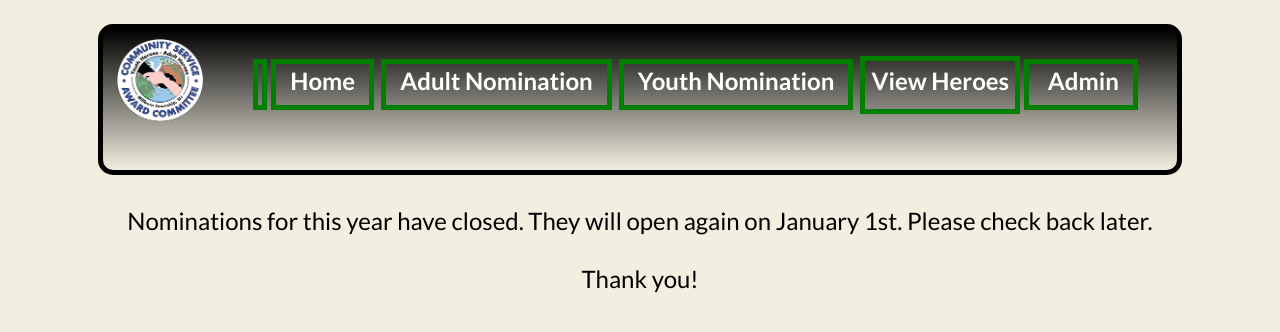
Repository: Centrattic/Young-Heroes-Website
Page: http://localhost/Frontend/nomination.php
The author's editor kept a copy of each file at every save. The page is drawn from the files as they stood at one save, then again after the next save.
The browser window is 1280 px wide. The pictures show the whole page.
The page is run by PHP 8.4 with error messages shown; the project is at /var/www/html/. Queries for data that is not in the repository find no rows.

Above is the page before, as saved 2020-12-10 14:10:54.

### Eagle Project/Frontend/nomination.php
<?php
require '../Backend/functions.php';
require_once '../Backend/dbhconnect.php';
?>

<main>
    <!DOCTYPE html>
    <html lang = "en">
    <head>
        <link rel="stylesheet" href="https://cdn.jsdelivr.net/npm/bootstrap@4.5.3/dist/css/bootstrap.min.css" integrity="sha384-TX8t27EcRE3e/ihU7zmQxVncDAy5uIKz4rEkgIXeMed4M0jlfIDPvg6uqKI2xXr2" crossorigin="anonymous">
        <link href="../CSS/nomination.css" rel="stylesheet" type="text/css" />
        <link href="https://fonts.googleapis.com/css2?family=Lato:ital,wght@0,400;0,700;1,300;1,400&display=swap" rel="stylesheet">
        <link rel = "stylesheet" href = "../CSS/navbar.css">

            <!--<style>
                .collapsible {
                    background-color: #eee;
                    color: #444;
                    cursor: pointer;
                    padding: 18px;
                    width: 100%;
                    border: none;
                    text-align: left;
                    outline: none;
                    font-size: 15px;
                    text-align: center;
                    margin-bottom: 1%;
                    width: 90%;
                }

                .active, .collapsible:hover {
                    background-color: #ccc;
                }


                .info-content {
                    padding: 0 18px;
                    display: none;
                    overflow: hidden;
                    background-color: #ffffff;
                    width: 90%;
                    margin: 1% auto;
                }

            </style>-->

    </head>



    <body>


    <?php
        navbar();

        $connection = connectToDB();
        list ($formStatus, $comments, $time) = readFormStatus($connection);
        mysqli_close($connection);

        if ($formStatus != "open") {
            echo('<h1 style = "font-size: 1.5em;"> Nominations for this year have closed. They will open again on January 1st. Please check back later. <br><br> Thank you! ');
            exit();
        }
    ?>

    <!-- Parental Contact after Additional Member Information

    Email optional for child
    Age optional for child

    -->



    <div id = "nomination-body">

    <h1> Youth Nomination </h1>
    <br>


    <!---<h1 style = "display: none;"> Nominations for this year have closed. They will open again on January 1st. Please check back later. Thank you! </h1>-->
    <h2 class = "age-definition"> Youth: up to 18 years old</h2>
    <h3 style = "font-size: 1.25em; width: 60%; margin: 5px auto; font-weight: 800;"> All information is confidential for use by the Community Service Award Committee. </h3> <!-- until notification by the Community Service Award Committee of your finalist status.  and will only be shared with the Community Service Award Committee members.
    <br> <br> We will only share a youth's information with the public if he, she, or they is selected as a award recipient.
        Before we share any information, we will receive Media Release approval from the parents of the youth.  -->

    <form action = "../Backend/nominateScript.php" method="post" name="nominate" enctype="multipart/form-data" >

        <fieldset>
            <legend> Nominee Information</legend>
            <i>Please provide the following information about the individual you are nominating. If you are nominating a group, enter a group name and provide information here
            about the group organizer/leader</i>

            <!--<br> <br>
            <i> If your nominee is selected as a winner, and parental permission is given, this information will be viewed by the public. </i>-->
            <br> <br>
<!-- How many youth are you providing information about?-->

                <div class = "col-12">
                    <label for = "groupName">Group Name, if applicable </label>
                    <input class = "form-control" type="text" maxlength="80" id = "groupName" name="groupName" value="" title="Nominee's Full Name">
                </div>

                <div class = "form-row">
                    <div class = "col-6">
                        <label for = "nameNominee1">Nominee's Name * </label>
                        <input class = "form-control" required type="text" id = "nameNominee1" name="nameNominee1" value="" title="Nominee's Full Name">
                    </div>

                    <div class = "col-5">
                        <label for="emailNominee1">Nominee's Email *</label>
                        <input required class = "form-control" type="text" name="emailNominee1" value="" title="Nominee's Email">
                    </div>
                </div>

                <div class = "form-row">
                    <div class = "col-3">
                        <label for="ageNominee1">Nominee's Age *</label>
                        <input required class = "form-control" type="number" name="ageNominee1" min = "1" max = "18" value="" title="Nominee's Age"> <!-- add drop down for this-->
                    </div> <!-- JUST ADDED TODAY, DO PUT INTO DATABASE PROPERLY-->

                    <div class = "col-3">
                        <label for="gradeNominee1">Nominee's Grade *</label>
                        <input required class = "form-control" type="number" name="gradeNominee1" min = "1" max = "12" value="" title="Nominee's Grade"> <!-- add drop down for this-->
                        <!-- CHANGED UP GRADE WHEN PUT INTO DB, DO PUT INTO DATABASE PROPERLY-->
                    </div>

                    <div class = "col-5">
                        <label for="schoolNominee">Nominee's School Name *</label>
                        <input required class = "form-control" id="schoolNominee" type="text" name="schoolNominee1" value="" title="Nominee's School Name">
                        <!--<select required id="schoolNominee" name="schoolNominee1">
                            <option value="" hidden disabled selected></option>
                            <option value="Glenwood Elementary School">Glenwood Elementary School</option>
                            <option value="Deerfield Elementary School">Deerfield Elementary School</option>
                            <option value="Hartshorn Elementary School">Hartshorn Elementary School</option>
                            <option value="South Mountain Elementary School">South Mountain Elementary School</option>
                            <option value="Wyoming Elementary School">Wyoming Elementary School</option>
                            <option value="Washington School">Washington School</option>
                            <option value="Millburn Middle School">Millburn Middle School</option>
                            <option value="Millburn High School">Millburn High School</option>
                            <option value="The Pingry School">The Pingry School </option>
                            <option value="Far Brook School">Far Brook School </option>
                            <option value="St. Rose of Lima Academy">St. Rose of Lima Academy </option>
                            <option value="Kent Place School">Kent Place School </option>
                            <option value="Newark Academy">Newark Academy </option>
                            <option value="Other"> Other</option>
                        </select>-->
                    </div>
                </div>



        </fieldset>


        <fieldset>
            <legend> Additional Member Information </legend> <!-- No COLLAPSIBLE HERE-->
            <i> If you are nominating a group, please provide information about up to 3 additional members of the group.</i>
            <br> <br>
            <!--<button type="button" class="collapsible">Group Member 2</button>
            <div id = "CollapseInfo2" class = "info-content">
            </div>-->

                <?php
                    additionalMembersHTML(2); /// just name and email for additional group members (nominees, no parent stuff), all in one line
                ?>

        <!--<button type="button" class="collapsible">Group Member 3</button>-->
            <!--<div id = "CollapseInfo3" class = "info-content">
            </div>-->
                <?php
                    additionalMembersHTML(3);
                ?>



        <!--<button type="button" class="collapsible">Group Member 4</button>
        <div id = "CollapseInfo4" class = "info-content">
        </div>-->

                <?php
                    additionalMembersHTML(4);
                ?>

        </fieldset>

        <fieldset>
            <legend> Nominator Information </legend>
            <i> This information will only be viewed by the Community Service Award Committee and will not be made public. </i> <br> <br>
                    <div class = "col-12">
                        <label for = "nameNominator">Nominator's Full Name *</label>
                        <input class = "form-control" required type="text" id = "nameNominator" name="nameNominator" value="" title="Parent's Full Name">
                    </div>

                    <div class = "form-row">
                        <div class = "col-5">
                            <label for="emailNominator">Nominator's Email *</label>
                            <input class = "form-control" required type="text"name="emailNominator" value="" title="Parent's Email">
                        </div>

                        <div class = "col-6">
                            <label for="phoneNominator">Nominator's Phone Number *</label>
                            <input class = "form-control" required type="tel"name="phoneNominator" value="" title="Parent's Phone">
                        </div>
                    </div>

                    <!-- Make form appear shorter, take more screen space --- MAKE IT LESS SCROLLING REQUIRED-->
        </fieldset>

        <fieldset>
            <legend> Parent Information </legend>
            <i> This information will only be viewed by the Community Service Award Committee and will not be made public. </i>
            <br> <br>

                    <div class = "col-12">
                        <label for = "nameParent1">Parent's Full Name *</label>
                        <input class = "form-control" required type="text" id = "nameParent1" name="nameParent1" value="" title="Parent's Full Name">
                    </div>

                <div class = "form-row">

                    <div class = "col-5">
                    <label for="emailParent1">Parent's Email *</label>
                        <input class = "form-control" required type="text"name="emailParent1" value="" title="Parent's Email">
                    </div>

                    <div class = "col-6">
                    <label for="phoneParent1">Parent's Phone Number *</label>
                        <input class = "form-control" required type="tel"name="phoneParent1" value="" title="Parent's Phone">
                    </div>
                <div>
        </fieldset>




        <fieldset>
            <legend> Nominee Contributions</legend>
            <i> If your nominee is selected as a winner, this information may be used to promote to the public. </i>
            <br> <br>
            <div>
                <label for="workNominee"> Please summarize the action(s) and notable contributions of the individual or group and why you believe they are noteworthy for this award. You may attach additional information below.*</label>
                <div class="inputWrapper">
                    <textarea class = "form-control" required maxlength="1500" name="workNominee" title="What work is the young hero/group doing?"></textarea>
                    <span>Limit: 1500 characters</span>
                </div>
            </div>

            <!--
            <div>
                <label for="bioNominee">Write a short bio about the young hero/group. Please summarize why they care about the issue and what personal interests, passions, or skills they have that are relevant to their service. *</label>
                <div class="inputWrapper">
                    <textarea class = "form-control" required maxlength="250" name="bioNominee" title="Person: Write a short bio about the young hero/group. Please summarize why they care about the issue, and what personal interests, passions, or skills they have that are relevant to their service." ></textarea>
                    <span>Limit: 250 characters</span>
                </div>
            </div>
            -->


        </fieldset>

        <fieldset>
            <legend>Additional Supporting Information</legend>
            <i> <b> This section is optional. </b> <br> If necessary, please share additional information to support the nomination (including social media links, pictures, a resumé, and/or a .pdf/.docx file).</i>

            <br> <br>

            <h4> Social Media </h4>

            <div class = "form-row">

                <div class = "col-5">
                    <label for="facebookNominee">Nominee's Facebook</label>
                    <input class = "form-control" maxlength = "100" type="text" name="facebookNominee" value="" title="Nominee's Facebook">
                    <span class="hint">Must be in full URL format. For example, http://www.facebook.com/younghero</span>
                </div>

                <div class = "col-6">
                    <label for="instagramNominee">Nominee's Instagram</label>
                    <input class = "form-control" maxlength = "100" type="text" name="instagramNominee" value="" title="Nominee's Instagram">
                    <span class="hint">Must be in full URL format. For example, https://www.instagram.com/youthservice/</span>
                </div>
            </div>
            <br>

            <h4> Pictures </h4>
            <i> We encourage you to share exemplary photos of the work. Please upload them below along and include a short caption. We accept jpg, png, and jpeg formats. </i>
            <br>

            <div class = "form-row col-12">
                <label>Headshot of Nominee/Group </label>
                <input type = "file" name = "headshotNominee" class = "form-control-file col-12" id = "customFile">

            </div>

            <div class = "form-row">

                <div class = "col-6">
                    <label for = "pic2Nominee">Working Picture </label> <br>
                    <input class = "form-control-file" type = "file"  name = "pic2Nominee">

                    <input class = "form-control" type = "text" maxlength="80" name = "Captionpic2Nominee" placeholder = "Caption">
                    <span>Limit: 80 characters</span>
                </div>

                <div class = "col-5">
                     <label for = "pic3Nominee">Working Picture </label> <br>
                    <input class = "form-control-file" type = "file" name = "pic3Nominee">
                    <input class = "form-control" type = "text" maxlength="80" name = "Captionpic3Nominee" placeholder = "Caption">
                    <span>Limit: 80 characters</span>
                </div>
            </div>

            <br>

            <h4> Miscellaneous</h4>

            <i>Please upload any additional miscellaneous information. We accept pdf and docx formats less than 5MB.</i>
            <br>

            <div class = "form-row col-12">
                <label for = "resumeNominee">Upload Miscellaneous Information </label>
                <input type = "file" name = "resumeNominee" class = "form-control-file col-12">
            </div>



        </fieldset>


        <!--
        <fieldset id = "pictures">
            <legend> Nominee Pictures </legend> <!-- Additional Supporting Information, social media links all in one document (just basic oneS) :::
            <i> <b> This sectional is optional. </b> <br> However, we encourage you to share photos of a nominee and their work. If you are willing, please upload them here along with a caption (also optional). We accept jpg, png, and jpeg formats. </i>
            <br><br>

            <div>
                <label for = "headshotNominee">Headshot of Young Hero(es) </label> <br>
                <input type = "file" name = "headshotNominee" placeholder = "Upload image of COVID Hero (5MB max)">
            </div>

            <div>
                <br> <label for = "pic2Nominee">Working Picture </label> <br>
                <input type = "file" name = "pic2Nominee" placeholder = "Upload image of COVID Hero (5MB max)">
                <input type = "text" maxlength="80" name = "Captionpic2Nominee" placeholder = "Caption"> <br>
                <span>Limit: 80 characters</span>
            </div>

            <div>
                <br> <label for = "pic3Nominee">Working Picture </label> <br>
                <input type = "file" name = "pic3Nominee" placeholder = "Caption">
                <input type = "text" maxlength="80" name = "Captionpic3Nominee" placeholder = "Caption"> <br>
                <span>Limit: 80 characters</span>
            </div>

        </fieldset>

        <fieldset id = "social-media">
            <legend> Nominee Social Media </legend>
            <i> <b> This section is optional. </b> <br> If you choose to fill out social media information, it will only be viewed by the Community Service Award Committee, not the public. </i>
            <br><br>

            <div>
                <label for="facebookNominee">Nominee's Facebook</label>
                <div class="inputWrapper">
                    <input maxlength = "100" type="text" name="facebookNominee" value="" title="Nominee's Facebook">
                    <br>
                    <span class="hint">Must be in full URL format. For example, http://www.facebook.com/younghero</span>
                </div>
            </div>

            <div>
                <label for="twitterNominee">Nominee's Twitter</label>
                <div class="inputWrapper">
                    <input maxlength = "100" type="text" name="twitterNominee" value="" title="Nominee's Twitter">
                    <br>
                    <span class="hint">Must be in full URL format. For example, http://www.twitter.com/youthservice</span>
                </div>
            </div>

            <div>
                <label for="instagramNominee">Nominee's Instagram</label>
                <div class="inputWrapper">
                    <input maxlength = "100" type="text" name="instagramNominee" value="" title="Nominee's Instagram"></div>
                    <span class="hint">Must be in full URL format. For example, https://www.instagram.com/youthservice/</span>
            </div>

            <div>
                <label for="websiteNominee">Nominee's Website</label>
                <div class="inputWrapper">
                    <input maxlength = "100" type="text" name="websiteNominee" value="" title="Nominee's Website" class="">
                    <br>
                    <span class="hint">Must be in full URL format. For example, http://www.ysa.org</span>
                </div>
            </div>

            <div>
                <label for="newsNominee">Nominee's One News Link</label>
                <div class="inputWrapper">
                    <input maxlength = "100" type="text" name="newsNominee" value="" title="Nominee's News Link">
                    <br>
                    <span class="hint">Must be in full URL format. For example, https://patch.com/new-jersey/millburn/short-hills-scouts-host-coding-camp</span>
                </div>
            </div>

        </fieldset>

        <fieldset>
            <legend>Additional Information</legend>
            <i> <b> This section is optional. </b> <br> If you choose to share additional information, it will only be viewed by the Community Service Award Committee, not the public.</i>
            <div> <br>
                <label for = "resumeNominee">Upload Resumé as .pdf < 5MB </label><br>
                <input type = "file" name = "resumeNominee" placeholder = "Upload Resumé as .pdf < 5MB">
            </div>
        </fieldset> -->


        <!--<fieldset>
            <legend>Media Release Approval</legend>

            <div class="inputWrapper" id = "mediaflex">
                <i>Please ensure that the young hero's parent/guardian approves of their child appearing in the media. </i>
                <br>

                <br>
                <input required type="radio" id = "mediarelease" name="mediaRelease" value="1">
                <label for="mediaRelease" id = "media"> The young hero's parent/guardian approves media release for their child. *</label>

            </div>

            <div>
            <input style = "display: none;" id = "isYouth" name="isYouth" value="1">

            </div>



        </fieldset> -->

        <input type="submit" name="submit_button" value="Submit" class = "submit_button">
        </form>


            <!--<script>
            var coll = document.getElementsByClassName("collapsible");
            var i;

            for (i = 0; i < coll.length; i++) {
            coll[i].addEventListener("click", function() {
                this.classList.toggle("active");
                var content = this.nextElementSibling;
                if (content.style.display === "block") {
                content.style.display = "none";
                } else {
                content.style.display = "block";
                }
            });
            }
            </script> -->
    </div>
    </body>
    </html>
</main>

### Eagle Project/Backend/dbhconnect.php
<?php
  $servername = "localhost";
  $dbUsername = "root";
  $dbPassword = "";
  $dbName = "young_heroes";

  //connecting to database
  $connection = new mysqli($servername, $dbUsername, $dbPassword, $dbName);

  //error message if connection fails
  if(!$connection){
    die("Connection failed: ".mysqli_connect_error());
  }
?>

### Eagle Project/CSS/nomination.css
/* Why is navbar so fat on this page???*/


* {
    text-align: center;
    padding: 2px;
    margin: 2px;
    font-family: 'Lato', sans-serif !important;
    font-size: 1em;
    color: black;
}

i {
   float: left;
   margin-left: 10px;
}

body {
    background-color: #F2EFE1;
}

fieldset {
    border: 3px solid black;

}

.age-definition {
    font-size: 1.5em;
    margin: 10px;
    font-weight: 800;
}

legend {
    all: unset;
    font-size: 2em;
    color: #2A365D;
    font-weight: 700;
}

form {
    background-color: #E2DECC;
    width: 60%;
    margin: 0 auto;
}

input, textarea {
    text-align: left;
    background-color: #ffffff;
    border: 1px solid black;
    color: black !important;
}

.col-1, .col-2, .col-3,.col-4,.col-5,.col-6,.col-7,.col-8,.col-9,.col-10,.col-11 { /*,col-12 not included cause that's full row*/
    margin-left: 15px;
}

textarea {
    width: 75% !important;
    height: 30% !important;
    margin: 0 auto;
}

h4 {
    text-align: left;
    margin-left: 10px;
    font-weight: 800;
}


label {
    font-size: 1em;
    float: left;
}

span {
    font-style: italic;
}

input[placeholder= "Caption"] {
    margin-top: 5px;
}


#media {
    font-size: 1em;
}

.requiredF {
    color: red;
}

/* Collapsible Nominee Info */


.submit_button {
    padding: 5px;
    margin: 5px;
    width: 50%;
    text-align:center;
    font-size: 1.5em;
    background-color: #F2EFE1;
}

### Eagle Project/CSS/navbar.css
* {
    text-align: center;
    font-family: 'Lato', sans-serif;
}

body {
    background-color: #F2EFE1;
}


.menu-area li{
    display: inline;
    color: white;
    font-weight: bold;
    font-size: 1.5em;
    padding-bottom: 10px;
    border: 5px solid green;
}

.menu-area .non-dropdown a{
    display: inline-block;
    padding: 30px 10px;
    color: white;
    box-sizing: border-box;

}

.menu-area a {
    text-decoration: none;
    color: white;
}

.menu-area .nav-dropdown .dropdown-content li a{
    display: inline-block;
    text-align: center;
    padding: 14px 16px;
    text-decoration: none;
}

.menu-area {
    width: 100%;
    background-image: linear-gradient(black, #F2EFE1);
    overflow: hidden;
    border-radius: 15px;
    border: 5px solid black;
    height: auto !important;
}

.menu-area .non-dropdown:hover{
    border-radius: 0px;
    border-bottom: 10px solid aliceblue;
}

.menu-area li a {
    box-sizing: border-box;
}

.nav-dropbtn {
    text-decoration: none;
    color: white;
}

/*FIX THIS LATER*/


#logout {
    all: unset;
}

body {
    margin: 0 5%;
}

/* ------------------*/



li.nav-dropdown {
    display: inline-block;
}

.dropdown-content {
    display: none;
    position: absolute;
    background-color: #f9f9f9;
    min-width: 150px;
    box-shadow: 0px 8px 16px 0px rgba(0,0,0,0.2);
    z-index: 1;

}

.dropdown-content a {
    color: black;
    padding: 12px 16px;
    text-decoration: none;
    display: block;
    font-size: .9em;
    text-align: left;
}


.dropdown-content a:hover {
    background-color: #f1f1f1;
}


.nav-dropdown:hover .dropdown-content {
    display: block;
    border-radius: 0px;
}


/* Footer*/



.site-footer {
    background-color: #E2DECC;
      text-align: center;
      margin: 10px 0;
      padding: 10px 0;
  }

  #social-wrapper {
      text-align: center;
  }

  /*Social Media Icons*/
  .social-wrapper {
      text-align: center;
  }

  .social-wrapper ul li {
      display: inline;
      margin: 0 5px;
  }

  .twitter-icon,
  .facebook-icon,
  .instagram-icon,
  .linkedin-icon,
  .googleplus-icon,
  .youtube-icon,
  .foursquare-icon{
      margin-top: .625em;
      width: 40px;
      height: 40px;
      opacity: .6;
      filter: alpha(opacity=60); /* For IE8 and earlier */
    border-radius: 25px;
  }

  .twitter-icon:hover,
  .facebook-icon:hover,
  .instagram-icon:hover,
  .linkedin-icon:hover,
  .googleplus-icon:hover,
  .youtube-icon:hover,
  .foursquare-icon:hover {
      opacity: 1.0;
      filter: alpha(opacity=100); /* For IE8 and earlier */
  }

  .footer-nav p {
      text-align: center;
  }

Loaded but not shown: Eagle Project/Backend/functions.php (1056 lines, source omitted)

After the next save:
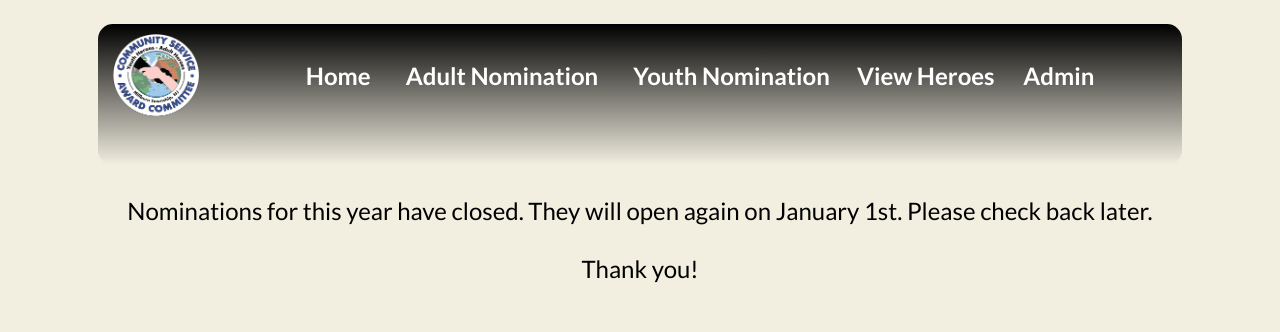
Saved 18 min 1 s later.
--- a/Eagle Project/CSS/navbar.css
+++ b/Eagle Project/CSS/navbar.css
@@ -14,7 +14,6 @@ body {
     font-weight: bold;
     font-size: 1.5em;
     padding-bottom: 10px;
-    border: 5px solid green;
 }
 
 .menu-area .non-dropdown a{
@@ -42,8 +41,6 @@ body {
     background-image: linear-gradient(black, #F2EFE1);
     overflow: hidden;
     border-radius: 15px;
-    border: 5px solid black;
-    height: auto !important;
 }
 
 .menu-area .non-dropdown:hover{
